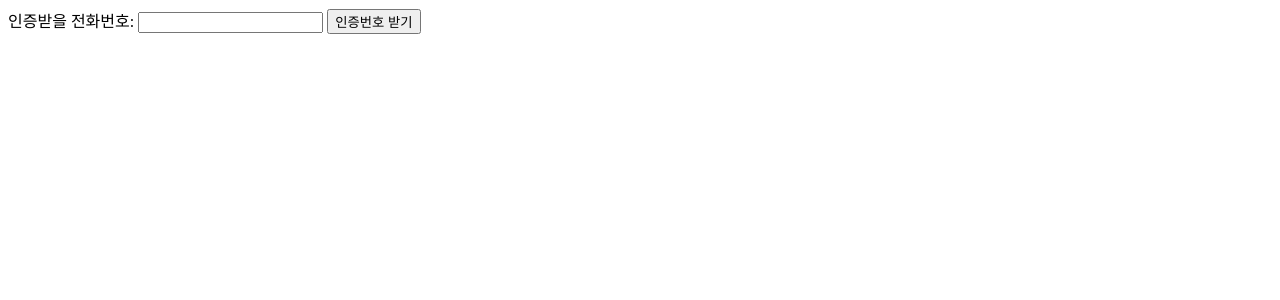
Repository: syshin0116/data2
Page: http://localhost/spring04/ajax1.jsp
An editor plug-in stored every save of this project. The page is shown before and after the next save, followed by the edit.
The browser window is 1280 px wide. The pictures show the whole page.
The page is served by Tomcat 9. Other server files are loaded and not shown.

Above is the page before, as saved 2022-02-17 07:41:49.

### spring04/src/main/webapp/ajax1.jsp
<%@ page language="java" contentType="text/html; charset=UTF-8"
    pageEncoding="UTF-8"%>
<!DOCTYPE html>
<html>
<head>
<meta charset="UTF-8">
<title>Insert title here</title>
<script type="text/javascript" src="resources/js/jquery-3.6.0.min.js"></script>
<script type="text/javascript">
	$(function() {
		$.ajax({
			url: "ajax1",
			success: function(x) {
				alert('성공');
				alert('인증번호는 ' + x)
			},
			error: function() {
				alert('실패');
			} //error
		});//ajax
	});//$function
</script>
</head>
<body>
인증받을 전화번호:
<input type="text" id="tel">
<button id="b1">인증번호 받기</button>
</body>
</html>

### spring04/src/main/webapp/WEB-INF/views/ajax1.jsp
<%@ page language="java" contentType="text/html; charset=UTF-8"
    pageEncoding="UTF-8"%>1111

Loaded but not shown: spring04/src/main/webapp/resources/js/jquery-3.6.0.min.js (library)

After the next save:
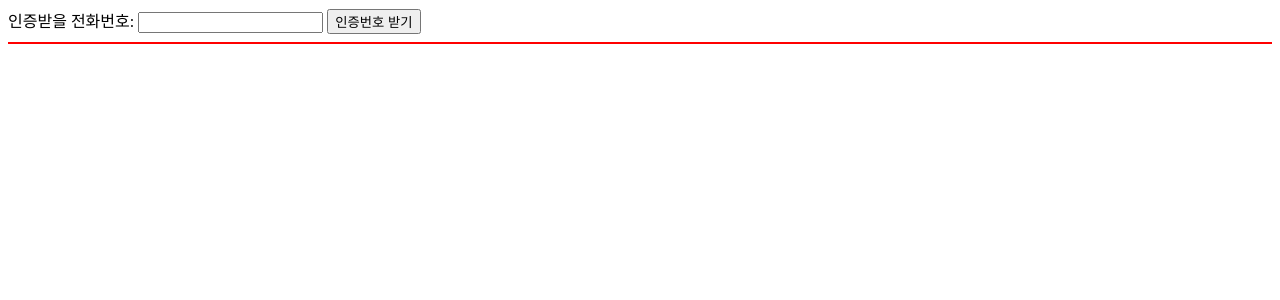
Saved 33 s later.
--- a/spring04/src/main/webapp/ajax1.jsp
+++ b/spring04/src/main/webapp/ajax1.jsp
@@ -25,5 +25,6 @@
 인증받을 전화번호:
 <input type="text" id="tel">
 <button id="b1">인증번호 받기</button>
+<hr color="red">
 </body>
 </html>
